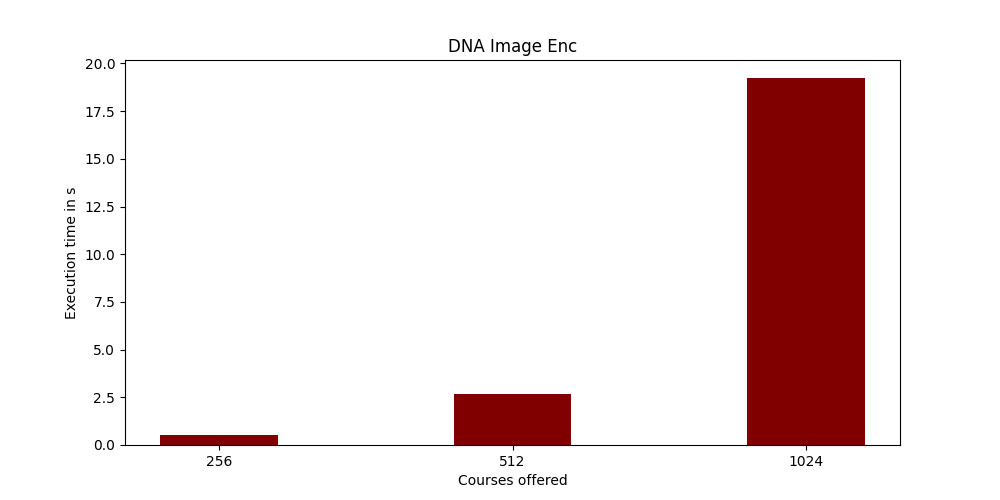
Repository: vishalsinghhh/DNA-cryptography-Project
Script's output: python DNA/Graphs.py
The author's editor kept a copy of each file at every save. The script's output is drawn from the files as they stood at one save, then again after the next save.
Random numbers start from a fixed seed.

Above is the script's output before, as saved 2023-04-11 03:38:26.

### DNA/Graphs.py
import numpy as np
import matplotlib.pyplot as plt


# creating the dataset
data = {'256':0.55, '512':2.69, '1024':19.22}
courses = list(data.keys())
values = list(data.values())

fig = plt.figure(figsize = (10, 5))

# creating the bar plot
plt.bar(courses, values, color ='maroon',
        width = 0.4)

plt.xlabel("Courses offered")
plt.ylabel("Execution time in s")
plt.title("DNA Image Enc")
plt.show()

After the next save:
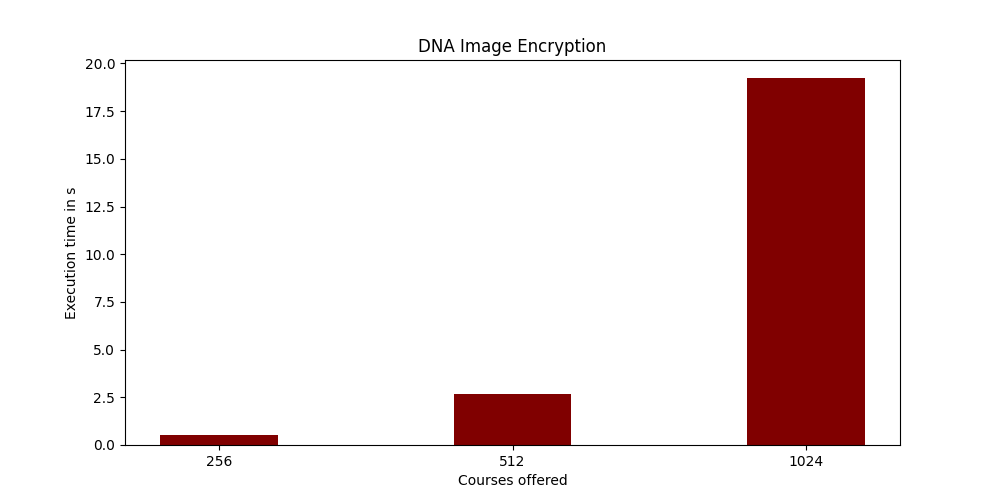
Saved 5 s later.
--- a/DNA/Graphs.py
+++ b/DNA/Graphs.py
@@ -15,5 +15,5 @@ plt.bar(courses, values, color ='maroon',
 
 plt.xlabel("Courses offered")
 plt.ylabel("Execution time in s")
-plt.title("DNA Image Enc")
+plt.title("DNA Image Encryption")
 plt.show()
